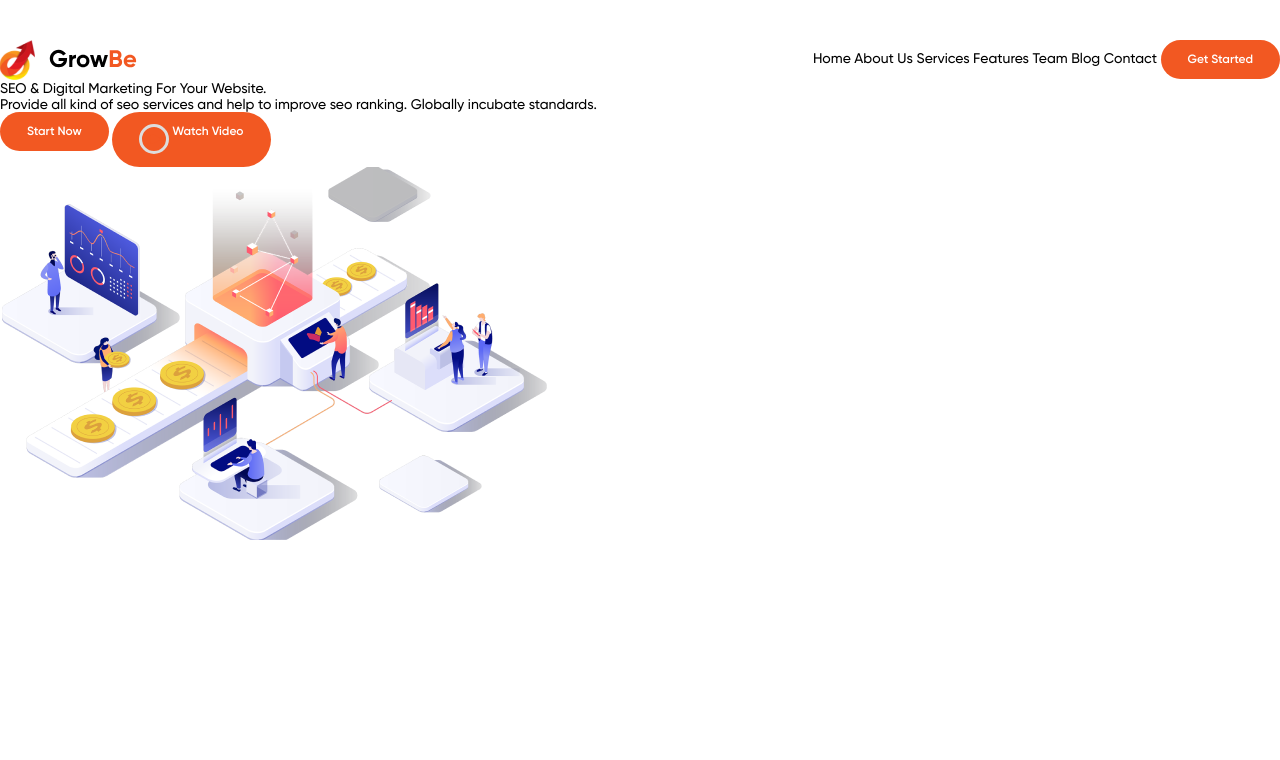
Repository: Alekseiy1980/GrowBe
Page: index.html
An editor plug-in stored every save of this project. The page is shown before and after the next save, followed by the edit.
The browser window is 1280 px wide. The pictures show the whole page.

Above is the page before, as saved 2024-01-20 12:05:35.

After the next save:
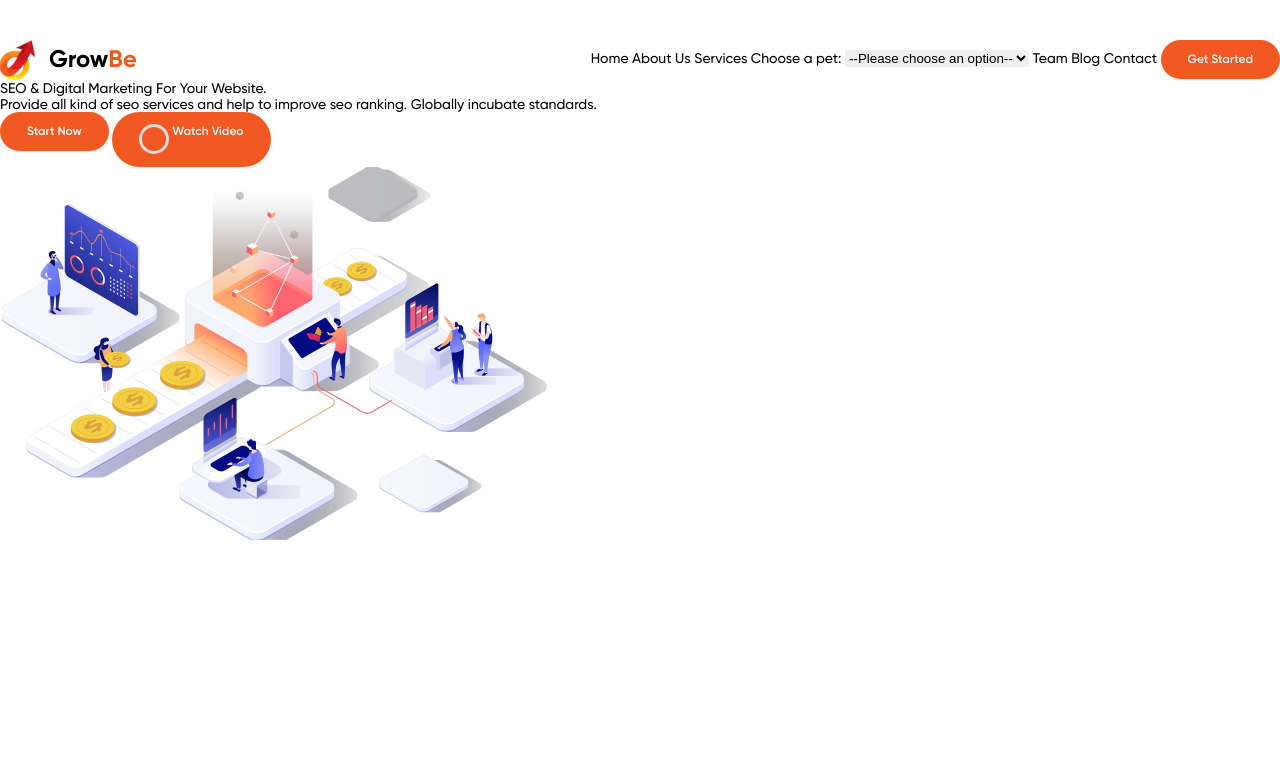
Saved 14 min 50 s later.
--- a/index.html
+++ b/index.html
@@ -20,7 +20,17 @@
                 <a class="menu menu_activ" href="@">Home</a>
                 <a class="menu" href="@"> About Us</a>
                 <a class="menu" href="@">Services</a>
-                <a class="menu" href="@">Features</a>
+                <label for="pet-select">Choose a pet:</label>
+                    <select name="pets" id="pet-select">
+                    <option value="">--Please choose an option--</option>
+                    <option value="dog">Dog</option>
+                    <option value="cat">Cat</option>
+                    <option value="hamster">Hamster</option>
+                    <option value="parrot">Parrot</option>
+                    <option value="spider">Spider</option>
+                    <option value="goldfish">Goldfish</option>
+                    </select>
+
                 <a class="menu" href="@">Team</a>
                 <a class="menu" href="@">Blog</a>
                 <a class="menu" href="@">Contact</a>
